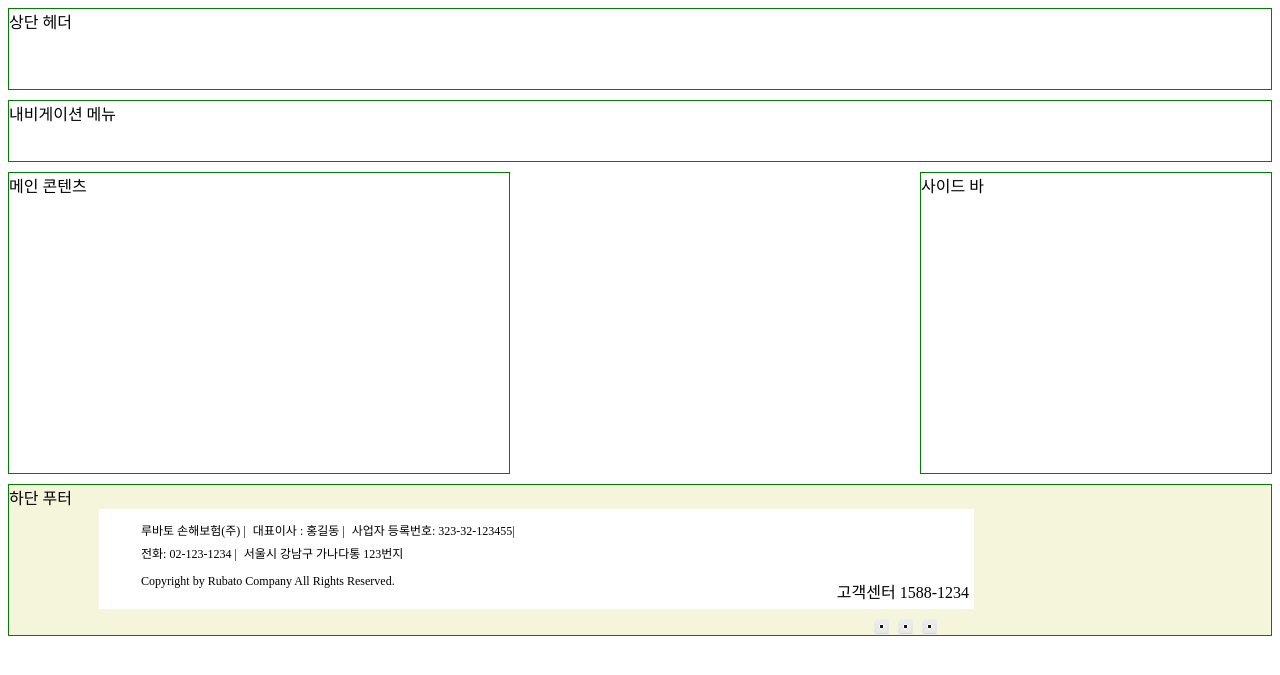
Repository: woosungtae/html_css
Page: pro01/public/a3.html
The author's editor kept a copy of each file at every save. The page is drawn from the files as they stood at one save, then again after the next save.
The browser window is 1280 px wide. The pictures show the whole page.

Above is the page before, as saved 2022-12-14 05:37:36.

### pro01/public/a3.html
<!DOCTYPE html>
<html lang="en">
<head>
<meta charset="UTF-8">
<title>3번시험</title>
<style>
    header {
    border : 1px solid green;
    height: 80px;
    margin-bottom: 10px;
        }
   #address {
    width: 600px;
    font-size: 12px;
      }
   #address ul {
    list-style-type :none;
    float: left;
    margin-bottom : 0;
        }
   #address li {
     display: inline;
     padding: 2px;
        }
   #customer {
      float:right;
      text-align:center;
      margin-right: 5px;
      border-top:1px solid white;
        }
     nav {
      border : 1px solid green;
      height: 60px;
      margin-bottom: 10px;
        }
   .content {
      display: inline;
      height: 300px;
        }
    section {
      border: 1px solid green;
      height: 300px;
      width: 500px;
      float: left;
      margin-right: 20px;
      margin-bottom: 10px;
        }
    aside {
     border: 1px solid green;
     height: 300px;
     width: 350px;
     float: right;
        }
    footer {
     border: 1px solid green;
     height: 150px;
     clear: both;
     background-color: beige;
      }
    #contain{
    width: 875px;
    height: 100px;
    display: inline-block;
    background-color:white;
    margin-left: 90px;
        }
   #sec1{
    margin-top:5px;
        }
   img{
    float:top;
    margin-left:5px;
       }



    </style>
</head>
<body>
    <header>
      <div>상단 헤더</div>
    </header>
    <nav>
       <div>내비게이션 메뉴</div>
    </nav>
    <div id="content">
        <section>
         <div>메인 콘텐츠</div>
        </section>
        <aside>
            <div>사이드 바</div>
        </aside>
    </div>
    <footer>
        <div>
           하단 푸터
        </div>
        <div id="contain">
            <div id="address">
                <ul>
                    <li> 루바토 손해보험(주) |   </li>
                    <li>대표이사 : 홍길동 |</li>
                    <li>사업자 등록번호: 323-32-123455|</li>
                </ul>
                <ul id="sec1">
                    <li>전화: 02-123-1234 |</li>
                    <li>서울시 강남구 가나다통 123번지</li>

                </ul>
                <ul>
                    <li>Copyright by Rubato Company All Rights Reserved.</li>
                </ul>

            </div>
            <div id="customer">
               <p>고객센터 1588-1234</p>
                <img src="images/dot.png">
                <img src="images/dot.png">
                <img src="images/dot.png">

            </div>
        </div>
    </footer>
</body>
</html>

After the next save:
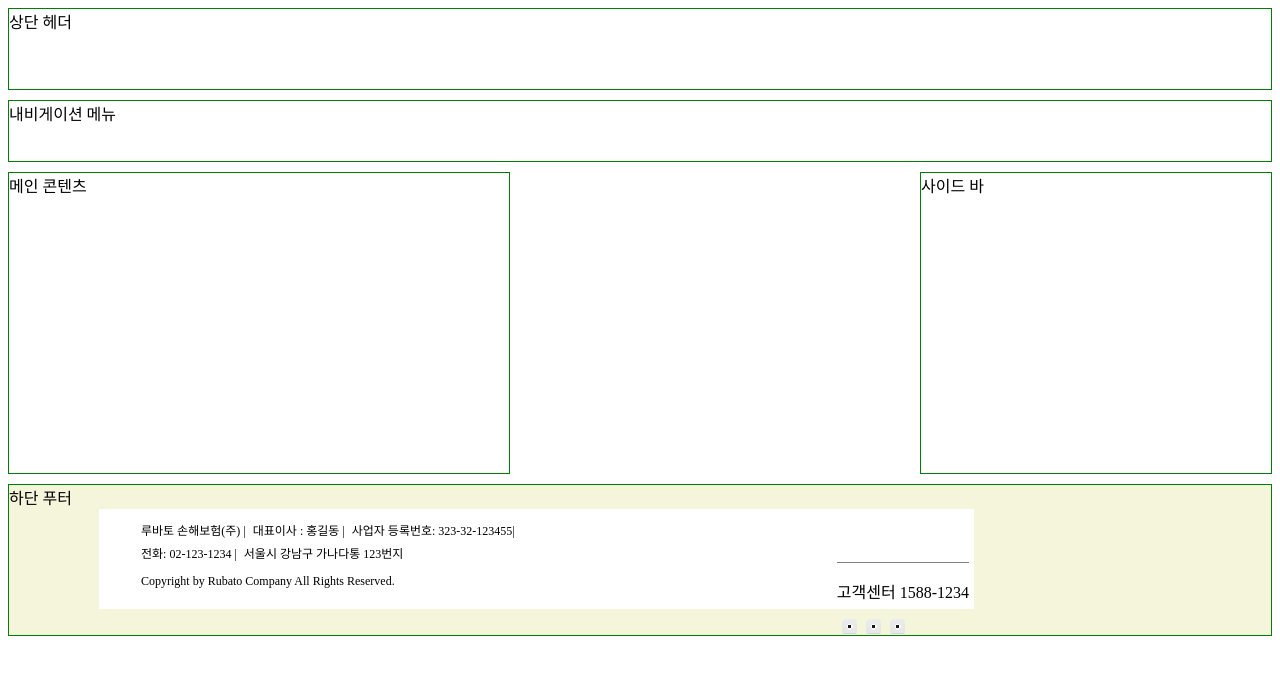
Saved 64 s later.
--- a/pro01/public/a3.html
+++ b/pro01/public/a3.html
@@ -22,12 +22,12 @@
      display: inline;
      padding: 2px;
         }
-   #customer {
-      float:right;
-      text-align:center;
+    #customer {
+      float: right;
+      border-top: 1px solid gray;
       margin-right: 5px;
-      border-top:1px solid white;
-        }
+      }
+
      nav {
       border : 1px solid green;
       height: 60px;
